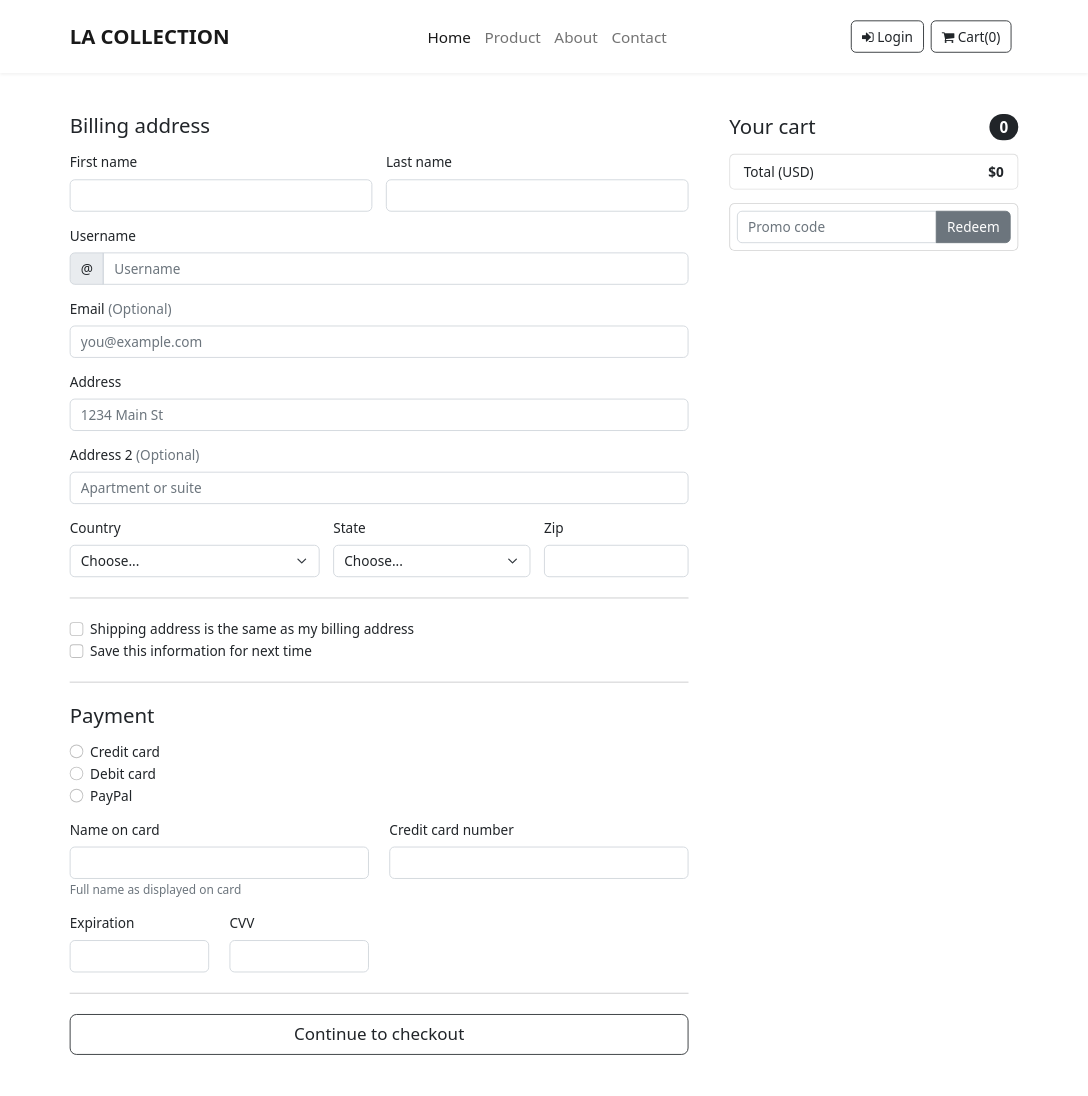
Repository: tiendungjr123/Ecommerce
Page: /checkout
The author's editor kept a copy of each file at every save. The page is drawn from the files as they stood at one save, then again after the next save.
The browser window is 1280 px wide. The pictures show the whole page, at 85% of full size.
The project was rebuilt for these pictures with package versions that can differ from the ones it lists, and the page was loaded fresh each time. Also part of the build but not shown: src/components/Products.jsx, src/components/Home.jsx, src/redux/action/index.js, src/components/ProductDetail.jsx, src/components/About.jsx, src/components/Contact.jsx, src/components/Cart.jsx.

Above is the page before, as saved 2022-10-04 14:55:06.

### src/index.js
import React from 'react';
import ReactDOM from 'react-dom/client';
import './index.css';
import App from './App';
import '../node_modules/bootstrap/dist/css/bootstrap.min.css';
import '../node_modules/font-awesome/css/font-awesome.min.css';
import 'react-loading-skeleton/dist/skeleton.css'
import { BrowserRouter } from 'react-router-dom';
import store from './redux/store';
import { Provider } from 'react-redux';
const root = ReactDOM.createRoot(document.getElementById('root'));
root.render(
   <BrowserRouter>
      <Provider store={store}>
         <App />
      </Provider>
   </BrowserRouter>
);

### src/index.css
body {
   margin: 0;
   font-family: -apple-system, BlinkMacSystemFont, "Segoe UI", "Roboto", "Oxygen", "Ubuntu", "Cantarell", "Fira Sans",
      "Droid Sans", "Helvetica Neue", sans-serif;
   -webkit-font-smoothing: antialiased;
   -moz-osx-font-smoothing: grayscale;
}

code {
   font-family: source-code-pro, Menlo, Monaco, Consolas, "Courier New", monospace;
}

### src/App.js
import './App.css';
import Home from './components/Home';
import Navbar from './components/Navbar';
import {Route,  Routes} from 'react-router-dom';
import Products from './components/Products';
import ProductDetail from './components/ProductDetail';
import About from './components/About';
import Contact from './components/Contact';
import Cart from './components/Cart';
import Checkout from './components/Checkout';
function App() {
   return (
      <>
         <Navbar/>
         <Routes>
            <Route exact path='/' element={<Home/>}/>
            <Route exact path='/products' element={<Products/>}/>
            <Route exact path='/products/:id' element={<ProductDetail/>}/>
            <Route exact path='/about' element={<About/>}/>
            <Route exact path='/contact' element={<Contact/>}/>
            <Route exact path='/cart' element={<Cart/>}/>
            <Route exact path='/checkout' element={<Checkout/>}/>
         </Routes>
      </>
   );
}

export default App;

### src/redux/store.js
import { createStore } from "redux";
import rootReducers from "./reducer";
const store = createStore(rootReducers);

export default store;

### src/App.css
/* Navbar css */

.navbar-nav a{
   font-size: 18px;
}

/* Card css*/

.card{
   transition: all 0.5s ease;
}

.card:hover{
   transform: scale(1);
   box-shadow: 5px 5px 10px rgba(0, 0, 0, 0.5);
}

/* Product detail */
.img-detail{
   transition: all 0.5s ease;
}
.img-detail:hover{
   transform: scale(1.1);
   box-shadow: 5px 5px 10px rgba(0, 0, 0, 0.5);
}

### src/components/Navbar.jsx
import React from 'react';
import { NavLink } from 'react-router-dom';
import { useSelector } from 'react-redux';
import Login from './Login';
const Navbar = () => {
   const state = useSelector((state) => state.handleCart);
   return (
      <div>
         <nav className="navbar navbar-expand-lg bg-white py-3 shadow-sm">
            <div className="container">
               <NavLink className="navbar-brand fw-bold fs-4" to="/">LA COLLECTION</NavLink>
               <button className="navbar-toggler" type="button" data-bs-toggle="collapse" data-bs-target="#navbarSupportedContent" aria-controls="navbarSupportedContent" aria-expanded="false" aria-label="Toggle navigation">
                  <span className="navbar-toggler-icon"></span>
               </button>
               <div className="collapse navbar-collapse" id="navbarSupportedContent">
                  <ul className="navbar-nav mx-auto mb-2 mb-lg-0">
                     <li className="nav-item">
                        <NavLink className="nav-link active" aria-current="page" to="/">Home</NavLink>
                     </li>
                     <li className="nav-item">
                        <NavLink className="nav-link" to="/products">Product</NavLink>
                     </li>
                     <li className="nav-item">
                        <NavLink className="nav-link" to="/about">About</NavLink>
                     </li>
                     <li className="nav-item">
                        <NavLink className="nav-link" to="/contact">Contact</NavLink>
                     </li>
                  </ul>
                  <div className="buttons">
                     {/* <NavLink to="/login" className='btn btn-outline-dark'>
                        <i className='fa fa-sign-in me-1'></i>Login
                     </NavLink>
                     <NavLink to="/register" className='btn btn-outline-dark ms-2'>
                        <i className='fa fa-user-plus me-1'></i>Register
                     </NavLink> */}
                     <Login />
                     <NavLink to="/cart" className='btn btn-outline-dark m-2'>
                        <i className='fa fa-shopping-cart me-1'></i>Cart({state.length})
                     </NavLink>
                  </div>
               </div>
            </div>
         </nav>
      </div>
   );
}

export default Navbar;

### src/components/Checkout.jsx
import React from 'react';
import { useSelector } from 'react-redux';

const Checkout = () => {
   const state = useSelector((state) => state.handleCart);
   var total = 0;
   const productList = (product) =>{
      total = total + product.price;
      return (
         <li className='list-group-item d-flex justify-content-between lh-sm'>
            <div>
               <h6 className='my-0'>{product.title}</h6>
            </div>
            <span className='text-muted'>${product.price}</span>
         </li>
      )
   }
   return (
      <div className='container my-5'>
         <div className="row g-5">
            <div className="col-md-5 col-lg-4 order-md-last">
               <h4 className="d-flex justify-content-between align-items-center mb-3">
                  <span >Your cart</span>
                  <span className="badge bg-dark rounded-pill">{state.length}</span>
               </h4>
               <ul className="list-group mb-3">
                  {state.map(productList)}
                  <li className="list-group-item d-flex justify-content-between">
                     <span>Total (USD)</span>
                     <strong>${total}</strong>
                  </li>
               </ul>

               <form className="card p-2">
                  <div className="input-group">
                     <input type="text" className="form-control" placeholder="Promo code" />
                     <button type="submit" className="btn btn-secondary">Redeem</button>
                  </div>
               </form>
            </div>
            <div className="col-md-7 col-lg-8">
               <h4 className="mb-3">Billing address</h4>
               <form className="needs-validation" novalidate="">
                  <div className="row g-3">
                     <div className="col-sm-6">
                        <label htmlFor="firstName" className="form-label">First name</label>
                        <input type="text" className="form-control" id="firstName" placeholder="" value="" required="" />
                        <div className="invalid-feedback">
                           Valid first name is required.
                        </div>
                     </div>

                     <div className="col-sm-6">
                        <label htmlFor="lastName" className="form-label">Last name</label>
                        <input type="text" className="form-control" id="lastName" placeholder="" value="" required="" />
                        <div className="invalid-feedback">
                           Valid last name is required.
                        </div>
                     </div>

                     <div className="col-12">
                        <label htmlFor="username" className="form-label">Username</label>
                        <div className="input-group has-validation">
                           <span className="input-group-text">@</span>
                           <input type="text" className="form-control" id="username" placeholder="Username" required="" />
                           <div className="invalid-feedback">
                              Your username is required.
                           </div>
                        </div>
                     </div>

                     <div className="col-12">
                        <label htmlFor="email" className="form-label">Email <span className="text-muted">(Optional)</span></label>
                        <input type="email" className="form-control" id="email" placeholder="you@example.com" />
                        <div className="invalid-feedback">
                           Please enter a valid email address for shipping updates.
                        </div>
                     </div>

                     <div className="col-12">
                        <label htmlFor="address" className="form-label">Address</label>
                        <input type="text" className="form-control" id="address" placeholder="1234 Main St" required="" />
                        <div className="invalid-feedback">
                           Please enter your shipping address.
                        </div>
                     </div>

                     <div className="col-12">
                        <label htmlFor="address2" className="form-label">Address 2 <span className="text-muted">(Optional)</span></label>
                        <input type="text" className="form-control" id="address2" placeholder="Apartment or suite" />
                     </div>

                     <div className="col-md-5">
                        <label htmlFor="country" className="form-label">Country</label>
                        <select className="form-select" id="country" required="">
                           <option value="">Choose...</option>
                           <option>United States</option>
                        </select>
                        <div className="invalid-feedback">
                           Please select a valid country.
                        </div>
                     </div>

                     <div className="col-md-4">
                        <label htmlFor="state" className="form-label">State</label>
                        <select className="form-select" id="state" required="">
                           <option value="">Choose...</option>
                           <option>California</option>
                        </select>
                        <div className="invalid-feedback">
                           Please provide a valid state.
                        </div>
                     </div>

                     <div className="col-md-3">
                        <label htmlFor="zip" className="form-label">Zip</label>
                        <input type="text" className="form-control" id="zip" placeholder="" required="" />
                        <div className="invalid-feedback">
                           Zip code required.
                        </div>
                     </div>
                  </div>
                  <hr className="my-4" />
                  <div className="form-check">
                     <input type="checkbox" className="form-check-input" id="same-address" />
                     <label className="form-check-label" htmlFor="same-address">Shipping address is the same as my billing address</label>
                  </div>
                  <div className="form-check">
                     <input type="checkbox" className="form-check-input" id="save-info" />
                     <label className="form-check-label" htmlFor="save-info">Save this information for next time</label>
                  </div>
                  <hr className="my-4" />
                  <h4 className="mb-3">Payment</h4>
                  <div className="my-3">
                     <div className="form-check">
                        <input id="credit" name="paymentMethod" type="radio" className="form-check-input" checked="" required="" />
                        <label className="form-check-label" htmlFor="credit">Credit card</label>
                     </div>
                     <div className="form-check">
                        <input id="debit" name="paymentMethod" type="radio" className="form-check-input" required="" />
                        <label className="form-check-label" htmlFor="debit">Debit card</label>
                     </div>
                     <div className="form-check">
                        <input id="paypal" name="paymentMethod" type="radio" className="form-check-input" required="" />
                        <label className="form-check-label" htmlFor="paypal">PayPal</label>
                     </div>
                  </div>
                  <div className="row gy-3">
                     <div className="col-md-6">
                        <label htmlFor="cc-name" className="form-label">Name on card</label>
                        <input type="text" className="form-control" id="cc-name" placeholder="" required="" />
                        <small className="text-muted">Full name as displayed on card</small>
                        <div className="invalid-feedback">
                           Name on card is required
                        </div>
                     </div>

                     <div className="col-md-6">
                        <label htmlFor="cc-number" className="form-label">Credit card number</label>
                        <input type="text" className="form-control" id="cc-number" placeholder="" required="" />
                        <div className="invalid-feedback">
                           Credit card number is required
                        </div>
                     </div>

                     <div className="col-md-3">
                        <label htmlFor="cc-expiration" className="form-label">Expiration</label>
                        <input type="text" className="form-control" id="cc-expiration" placeholder="" required="" />
                        <div className="invalid-feedback">
                           Expiration date required
                        </div>
                     </div>

                     <div className="col-md-3">
                        <label htmlFor="cc-cvv" className="form-label">CVV</label>
                        <input type="text" className="form-control" id="cc-cvv" placeholder="" required="" />
                        <div className="invalid-feedback">
                           Security code required
                        </div>
                     </div>
                  </div>
                  <hr className="my-4" />
                  <button className="w-100 btn btn-outline-dark btn-lg" type="submit">Continue to checkout</button>
               </form>
            </div>
         </div>
      </div>
   );
}

export default Checkout;

### src/redux/reducer/index.js
import handleCart from "./handleCart";
import { combineReducers } from "redux";

const rootReducers =  combineReducers({
   handleCart,
})

export default rootReducers;

### src/components/Login.jsx
import React from 'react';

const Login = () => {
   return (
      <>
         <button type="button" class="btn btn-outline-dark" data-bs-toggle="modal" data-bs-target="#exampleModal">
         <i className='fa fa-sign-in me-1'/>Login
         </button>
         <div class="modal fade" id="exampleModal" tabindex="-1" aria-labelledby="exampleModalLabel" aria-hidden="true">
            <div class="modal-dialog">
               <div class="modal-content">
                  <div class="modal-header">
                     <h1 class="modal-title fs-5" id="exampleModalLabel">Modal title</h1>
                     <button type="button" class="btn-close" data-bs-dismiss="modal" aria-label="Close"></button>
                  </div>
                  <div class="modal-body">
                     ...
                  </div>
                  <div class="modal-footer">
                     <button type="button" class="btn btn-secondary" data-bs-dismiss="modal">Close</button>
                     <button type="button" class="btn btn-primary">Save changes</button>
                  </div>
               </div>
            </div>
         </div>
      </>
   );
}

export default Login;

### src/redux/reducer/handleCart.js
const cart = [];

const handleCart = (state = cart, action) => {
   const product = action.payload;
   switch (action.type) {
      case 'cart/addProduct':
         const exist = state.find((x) => x.id === product.id);
         if (exist) {
            return state.map((x) => x.id === product.id ? { ...x, qty: x.qty + 1 } : x)
         }else{
            const product = action.payload;
            return [
               ...state,
               {
                  ...product,
                  qty: 1,
               }
            ]
         }
         break;
      case 'cart/deleteProduct':
         const exist1 = state.find((x) => x.id === product.id);
         if(exist1.qty === 1){
            return state.filter((x) => x.id !== exist1.id)
         }
         else{
            return state.map((x) =>
               x.id === product.id ? {...x, qty: x.qty-1}:x
            );
         }
         break;
      default:
         return state;
   }
}

export default handleCart;

### src/components/Register.jsx
import React from 'react';

const Register = () => {
   return (
      <>
         <button type="button" class="btn btn-outline-dark" data-bs-toggle="modal" data-bs-target="#exampleModal">
            <i className='fa fa-user-plus me-1'></i>Register
         </button>
         <div class="modal fade" id="exampleModal" tabindex="-1" aria-labelledby="exampleModalLabel" aria-hidden="true">
            <div class="modal-dialog">
               <div class="modal-content">
                  <div class="modal-header">
                     <h1 class="modal-title fs-5" id="exampleModalLabel">Modal title</h1>
                     <button type="button" class="btn-close" data-bs-dismiss="modal" aria-label="Close"></button>
                  </div>
                  <div class="modal-body">
                     ...
                  </div>
                  <div class="modal-footer">
                     <button type="button" class="btn btn-secondary" data-bs-dismiss="modal">Close</button>
                     <button type="button" class="btn btn-primary">Save changes</button>
                  </div>
               </div>
            </div>
         </div>
      </>
   );
}

export default Register;

Loaded but not shown: public/index.html (common file)

After the next save:
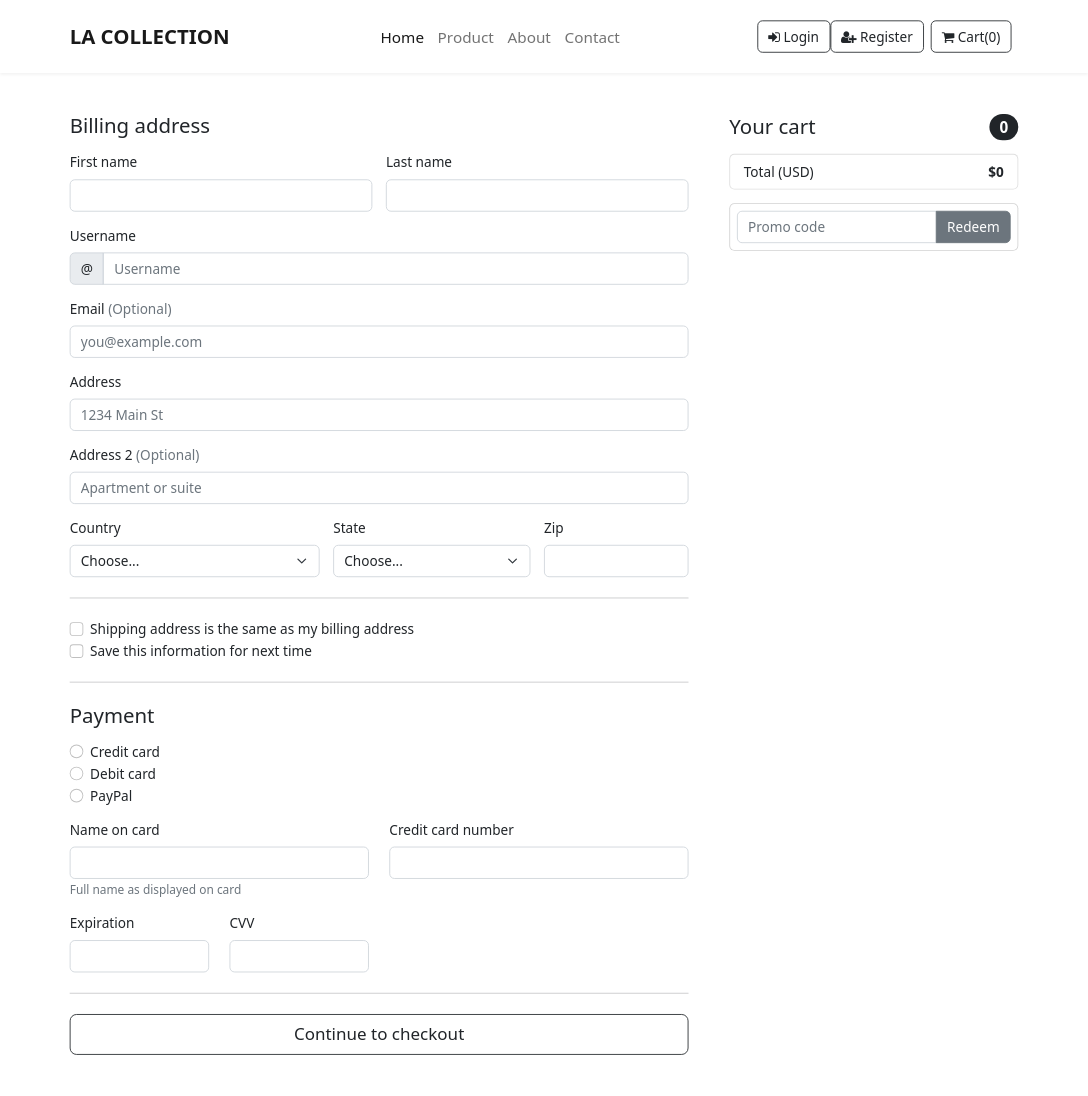
Saved 13 s later.
--- a/src/components/Navbar.jsx
+++ b/src/components/Navbar.jsx
@@ -2,6 +2,7 @@ import React from 'react';
 import { NavLink } from 'react-router-dom';
 import { useSelector } from 'react-redux';
 import Login from './Login';
+import Register from './Register';
 const Navbar = () => {
    const state = useSelector((state) => state.handleCart);
    return (
@@ -35,6 +36,7 @@ const Navbar = () => {
                         <i className='fa fa-user-plus me-1'></i>Register
                      </NavLink> */}
                      <Login />
+                     <Register/>
                      <NavLink to="/cart" className='btn btn-outline-dark m-2'>
                         <i className='fa fa-shopping-cart me-1'></i>Cart({state.length})
                      </NavLink>
